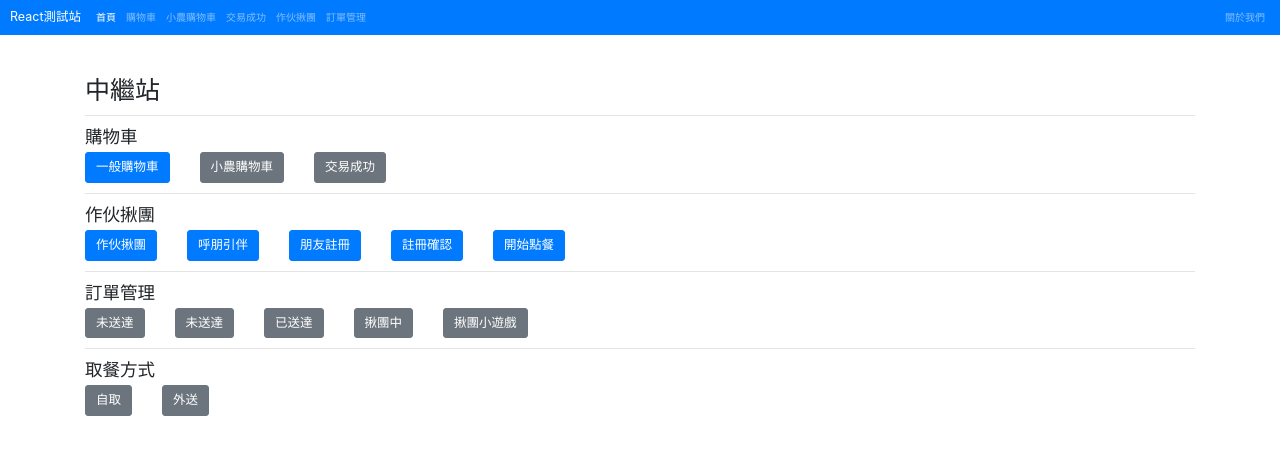
Repository: as2million/group_c
Page: /
An editor plug-in stored every save of this project. The page is shown before and after a run of saves, followed by the edit.
The browser window is 1280 px wide. The pictures show the whole page.
The project was rebuilt for these pictures with package versions that can differ from the ones it lists, and the page was loaded fresh each time. Also part of the build but not shown: src/Cha/pages-demo/About.js, src/Cha/pages-demo/Product.js, src/Cha/pages-demo/Success.js, src/Cha/Components/Cha-Cart-ProgressBar/ChaCartProgressBar.scss, src/Cha/Components/Cha-Cart-ProgressBar/ChaCartProgressBar.js, src/Cha/Components/Cha-Cart-Submit-Card/ChaCartSubmitCard.scss, src/Cha/Components/Cha-Cart-Submit-Card/ChaCartSubmitCard.js, src/Share/Components/Counter/Counter.scss and 30 more.

Above is the page before, as saved 2020-10-29 09:31:29.

After the next 2 saves:
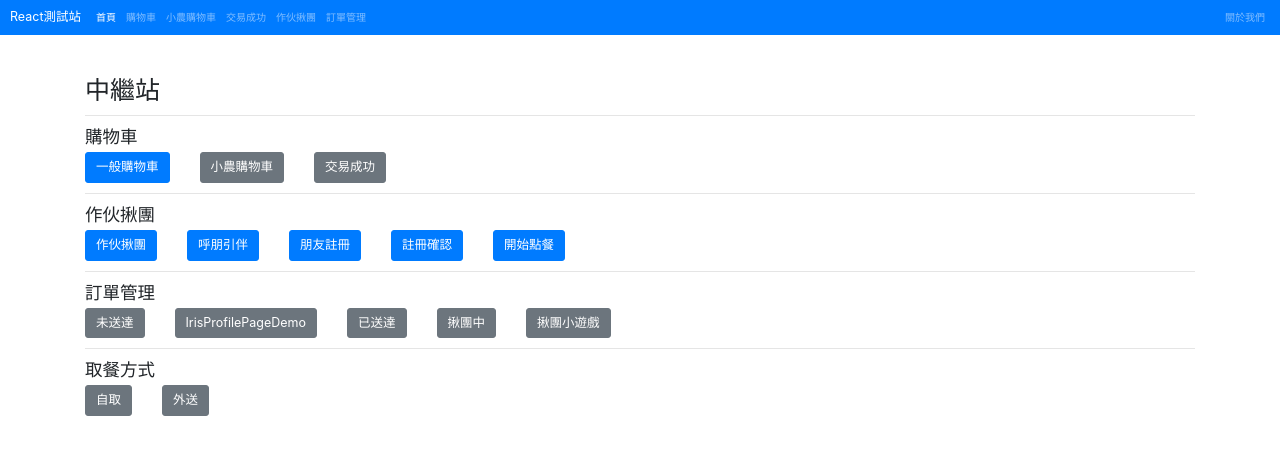
The 2 saves are shown as one change because they came seconds apart.
The last was saved 11 s later.
--- a/src/Cha/pages-demo/Home.js
+++ b/src/Cha/pages-demo/Home.js
@@ -75,7 +75,7 @@ function Home(props) {
             class="btn btn-secondary
            btn-lg mr-5"
           >
-            未送達
+            IrisProfilePageDemo
           </button>
         </Link>
         <Link to="/">
